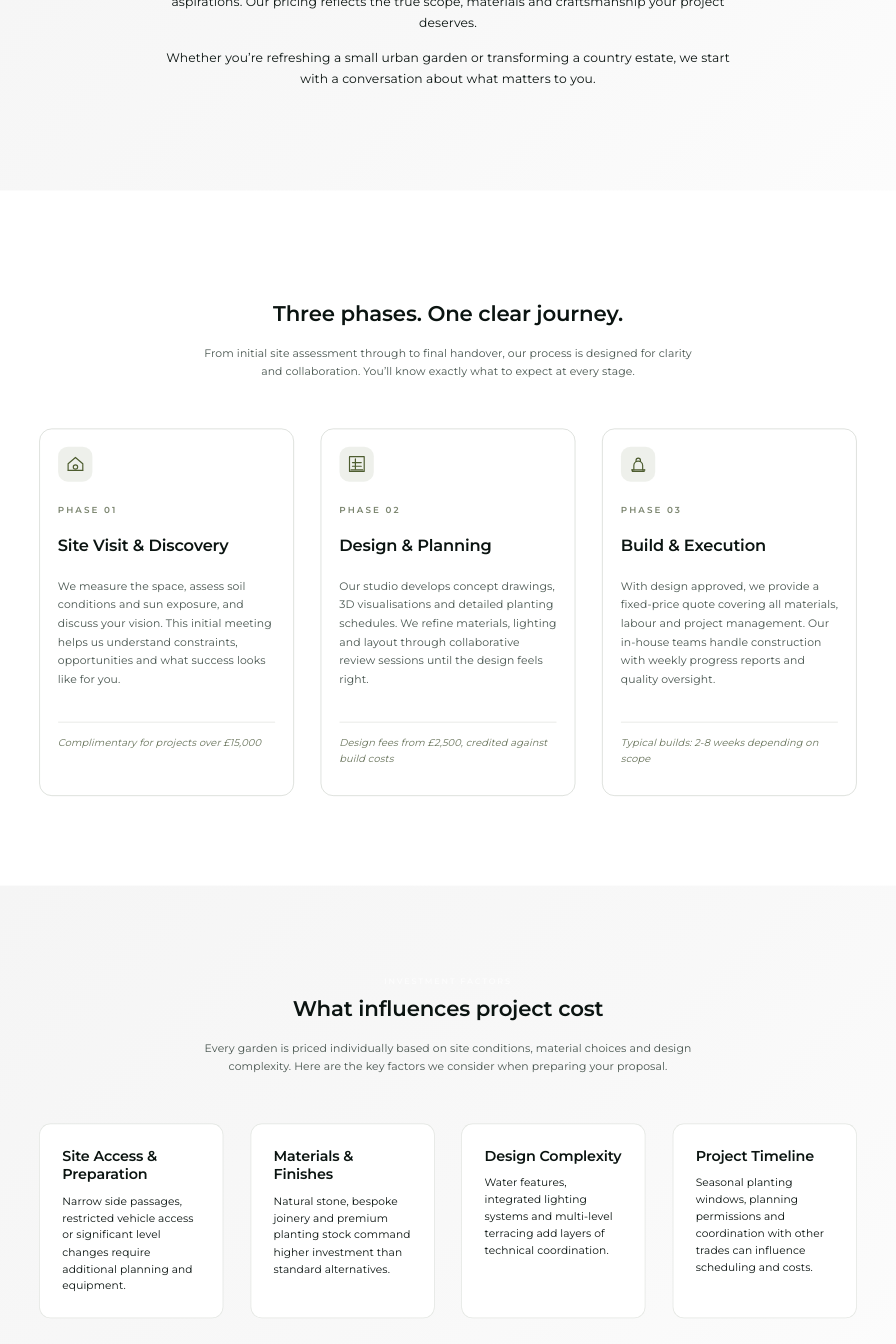
Repository: JoelMann1/MackenzieLandscapes
Page: pricing.html
The author's editor kept a copy of each file at every save. The page is drawn from the files as they stood at one save, then again after the next save.
The browser window is 1280 px wide. The pictures show the part of the page from y = 753 to 2673 px (the page is 4094 px tall), at 70% of full size.

Above is the page before, as saved 2025-10-22 14:52:06.

After the next save:
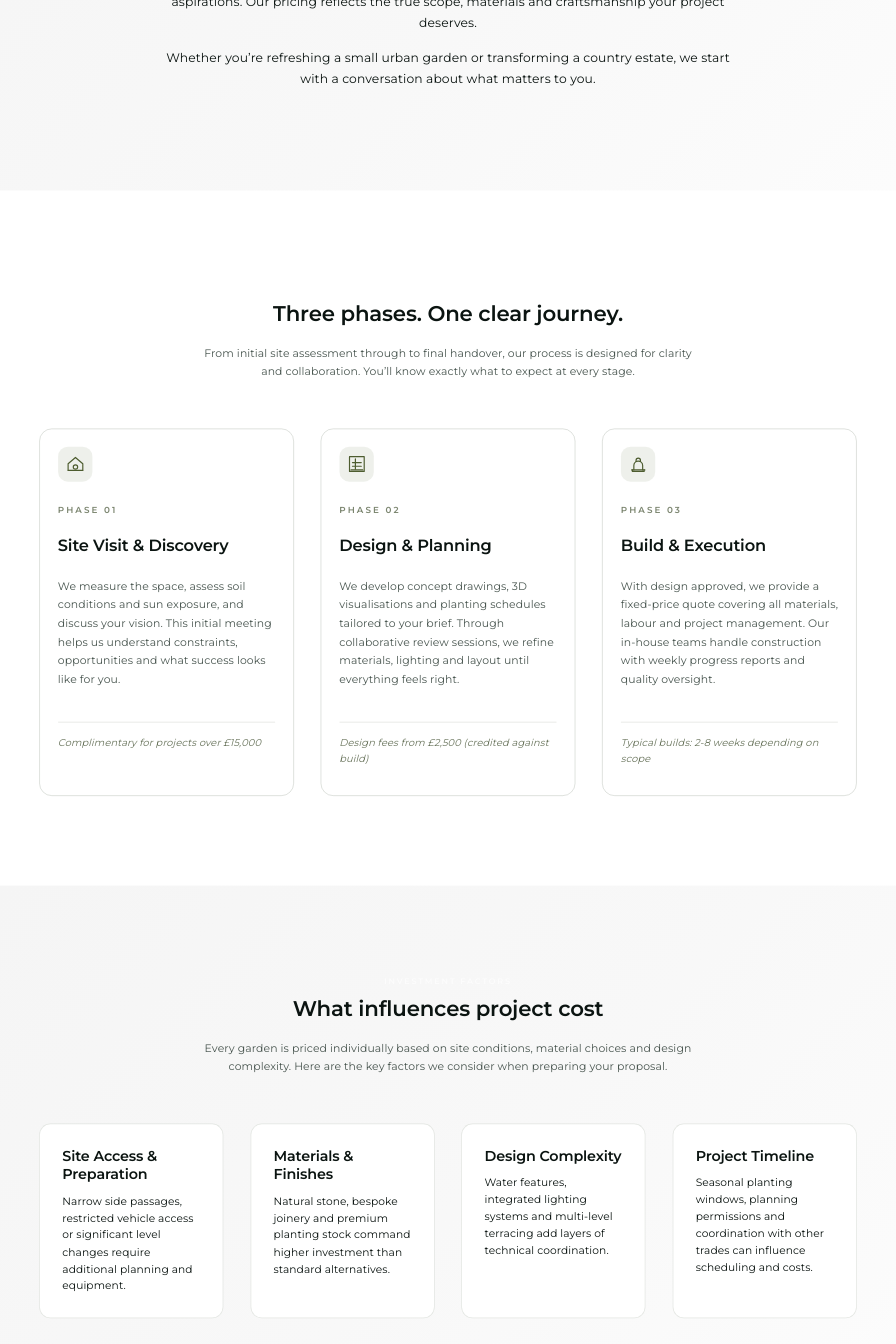
Saved 15 s later.
--- a/pricing.html
+++ b/pricing.html
@@ -181,8 +181,8 @@
         </span>
         <span class="step-label">Phase 02</span>
         <h3>Design &amp; Planning</h3>
-        <p>Our studio develops concept drawings, 3D visualisations and detailed planting schedules. We refine materials, lighting and layout through collaborative review sessions until the design feels right.</p>
-        <p class="step-note">Design fees from £2,500, credited against build costs</p>
+        <p>We develop concept drawings, 3D visualisations and planting schedules tailored to your brief. Through collaborative review sessions, we refine materials, lighting and layout until everything feels right.</p>
+        <p class="step-note">Design fees from £2,500 (credited against build)</p>
       </article>
       <article class="values-item">
         <span class="values-item__icon" aria-hidden="true">
